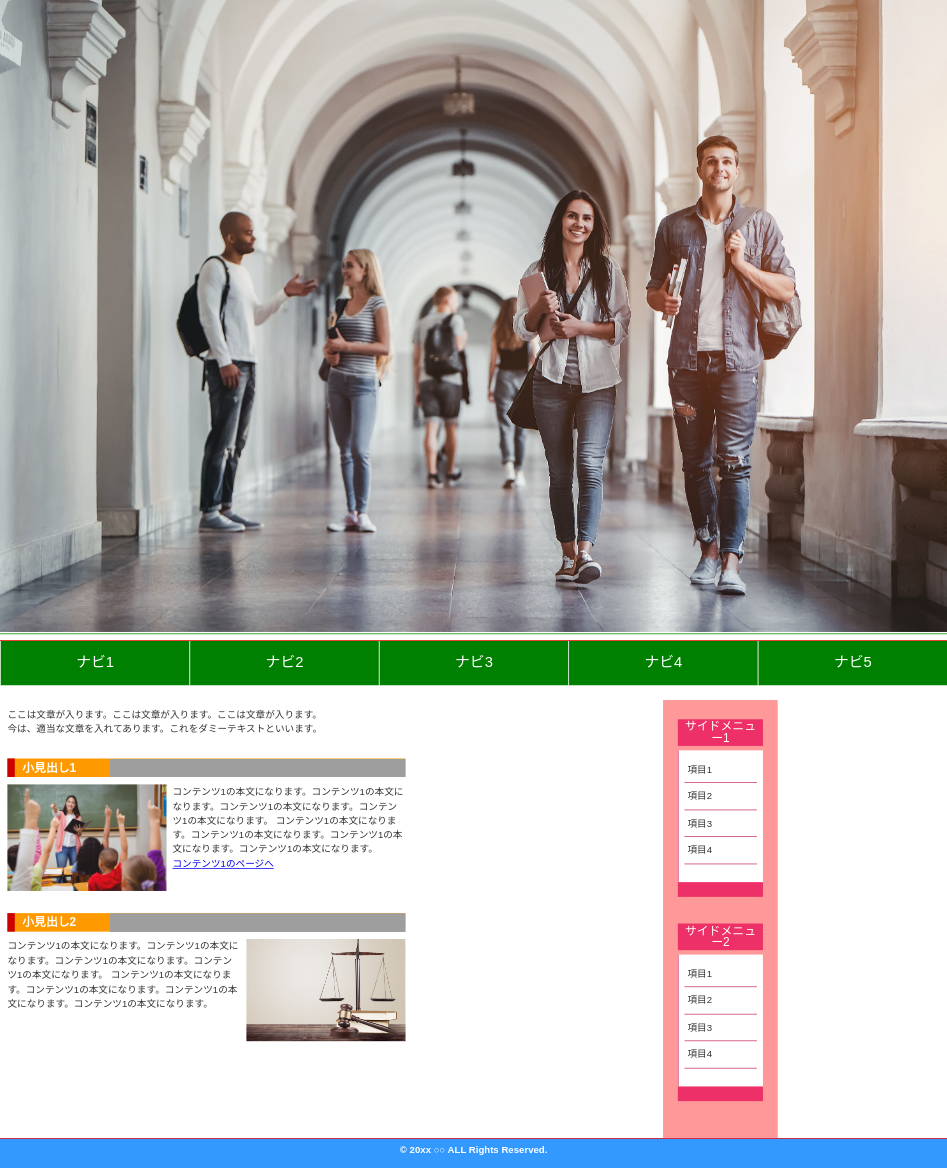
Repository: Daisuke0108-bit/samurai_HTML-CSS
Page: Test.html
The author's editor kept a record of every edit. The page is drawn from the files as they stood at one moment, then again after the next edit.
The browser window is 1280 px wide. The pictures show the whole page, at 74% of full size.
Pictures or frames that could not be fetched are drawn as grey boxes.

Above is the page before.

### Test.html
<!DOCTYPE html>
<html lang="ja">
<head>
    <meta charset="UTF-8">
    <title>HTML/CSSの学習</title>
    <link rel="stylesheet" href="stylesheet.css">
</head>
<body>
    <div id="header">
        <h1><a href="index.html"><img id="corridor" src="images/corridor.jpg" alt="大学の廊下"></a></h1>
    </div><!-- header -->

    <div id="wrapper">
        <div id="nav">
            <ul>
                <li><a href="home.html">ナビ1</a></li>
                <li><a href="">ナビ2</a></li>
                <li><a href="">ナビ3</a></li>
                <li><a href="">ナビ4</a></li>
                <li><a href="">ナビ5</a></li>
            </ul>
        </div><!-- nav -->

        <div id="container">

            <div id="main">
                <div class="post">
                    <p>ここは文章が入ります。ここは文章が入ります。ここは文章が入ります。<br />今は、適当な文章を入れてあります。これをダミーテキストといいます。</p>
                </div><!-- post -->
                <div class="post clearfix">
                    <h2>小見出し1</h2>
                    <img class="left" src="images/classroom.jpg" alt="授業風景"></img>
                    <p>
                         コンテンツ1の本文になります。コンテンツ1の本文になります。コンテンツ1の本文になります。コンテンツ1の本文になります。
                         コンテンツ1の本文になります。コンテンツ1の本文になります。コンテンツ1の本文になります。コンテンツ1の本文になります。
                    </p>
                    <p><a href="#">コンテンツ1のページへ</a></p>
                </div><!-- post clearfix -->
                <div class="post clearfix">
                    <h2>小見出し2</h2>
                    <img class="right" src="images/scale.jpg" alt="天秤"></img>
                    <p>
                         コンテンツ1の本文になります。コンテンツ1の本文になります。コンテンツ1の本文になります。コンテンツ1の本文になります。
                         コンテンツ1の本文になります。コンテンツ1の本文になります。コンテンツ1の本文になります。コンテンツ1の本文になります。
                    </p>
                </div><!-- post clearfix -->
            </div><!-- main -->

            <div id="side">
                <div class="box">
                    <h2>サイドメニュー1</h2>
                    <div class="boxBody">
                        <ul>
                            <li>項目1</li>
                            <li>項目2</li>
                            <li>項目3</li>
                            <li>項目4</li>
                        </ul>
                    </div><!-- boxBody -->
                </div><!-- box -->

                <div class="box">
                    <h2>サイドメニュー2</h2>
                    <div class="boxBody">
                        <ul>
                            <li>項目1</li>
                            <li>項目2</li>
                            <li>項目3</li>
                            <li>項目4</li>
                        </ul>
                    </div><!-- boxBody -->
                </div><!-- box -->

            </div><!-- side -->
        </div><!-- container -->

    </div><!-- /wrapper -->

    <div id="footer">
        <p>&copy; 20xx ○○ ALL Rights Reserved.</p>
    </div>

</body>
</html>

### stylesheet.css
@charset "utf-8";

body {
    margin: 0;
    padding: 0;
    font-family: "ヒラギノ角ゴ Pro W3", "Hiragino Kaku Gothic Pro", "メイリオ", Meiryo, "MS Pゴシック", "MS PGothic", sans-serif;
    color: #333;
    font-size: 13px;
    line-height: 150%;
    outline: 1px solid blue;
}


/*------------------ wrapper ------------------ */
#wrapper {
    width: 100%;
    margin: auto;
    padding: 0px;
    border: 0px;
    background-color: #FFF;
    top: 10px;
    position: relative;
    outline: 1px solid red;
}

/*------------------ header ------------------ */
#header {
    width: 100%;
    outline: 1px solid green;
}

#header h1 {
    margin: 0;
    padding: 0;
}

#corridor {
    width: 100%;
    height: auto;
}

/*------------------ footer ------------------ */
#footer {
    clear: both;
    width: 100%;
    padding: 3px 0 3px 0;
    background: #39F;
    color: #FFF;
    font-weight: bold;
    text-align: center;
}

/*------------------ nav ------------------ */
#nav {
    width: 100%;
}
#nav ul {
    display: flex;
    margin: 0;
    padding: 0;
    list-style-type: none;
}
#nav ul li {
    /*float: left;*/
    width: 20%;
    text-align: center;
}
#nav ul li a {
    display: block;
    height: 20px;
    margin: 0;
    padding: 20px;
    color: #FFF;
    font-size: 20px;
    text-decoration: none;
    background-color: green;
    border-left: 1px solid white;
}

#nav ul li a:hover {
    filter: drop-shadow(10px 10px 10px black);
}

/*------------------ container ------------------ */
#container {
    width: 100%;
    margin: auto;
    padding-top: 20px;
    clear: both;
    display: grid;
    grid-template-columns: 70vw 30vw;
}

/*------------------ main ------------------ */
#main {
    float: left;
    width: 60%;
    padding: 10px 30px 10px 10px;
}
#main h2 {
    margin: 0 0 10px 0;
    padding: 3px 10px 3px 10px;
    color: #FFF;
    font-size: 16px;
    border-left: solid 10px #c00;
    background: #F90 url(../images/main_h2.jpg) right top repeat-y;
}
#main p {
    margin: 0;
    padding: 0;
}
#main .post {
    margin: 0 0 30px 0;
}
#main .post img.right {
    margin: 0 0 0 8px;
}
#main .post img.left {
    margin: 0 8px 0 0;
}
.right {
    float: right;
    width: 40%;
    height: auto;
}
.left {
    float: left;
    width: 40%;
    height: auto;
}

/*------------------ clearfix ------------------ */
.clearfix {
    zoom: 1;
}
.clearfix:after {
    content: "";
    display: block;
    clear: both;
}

/*------------------ side ------------------ */
#side {
    float: right;
    width: 30%;
    padding: 20px;
    background-color: #F99;
}
#side .box {
    margin: 0 auto 30px auto;
    padding: 0 0 20px 0;
    background: url(images/side_box.png) bottom no-repeat;
}
#side .box h2 {
    margin: 0;
    padding: 8px;
    text-align: center;
    color: #fff;
    font-size: 16px;
    line-height: 16px;
    font-weight: normal;
    background: url(images/side_box_h2.png) center no-repeat;
}
#side .box .boxBody {
    padding: 8px;
    border-right: solid 1px #C36
    border-bottom: solid 1px #C36;
    border-left: solid 1px #C36;
    background: #fff;
}
#side .box .boxBody ul {
    margin: 0 0 16px 0;
    padding: 0;
}
#side .box .boxBody ul li {
    padding: 8px 0 8px 4px;
    list-style: none;
    border-bottom: solid 1px #C36;
}

#side .box .boxBody ul li:hover {
    padding: 8px 0 8px 4px;
    list-style: none;
    border-bottom: solid 1px #C36;
    box-shadow: 0px 4px 4px rgba(0, 0, 0, 0.3);
}

After the next edit:
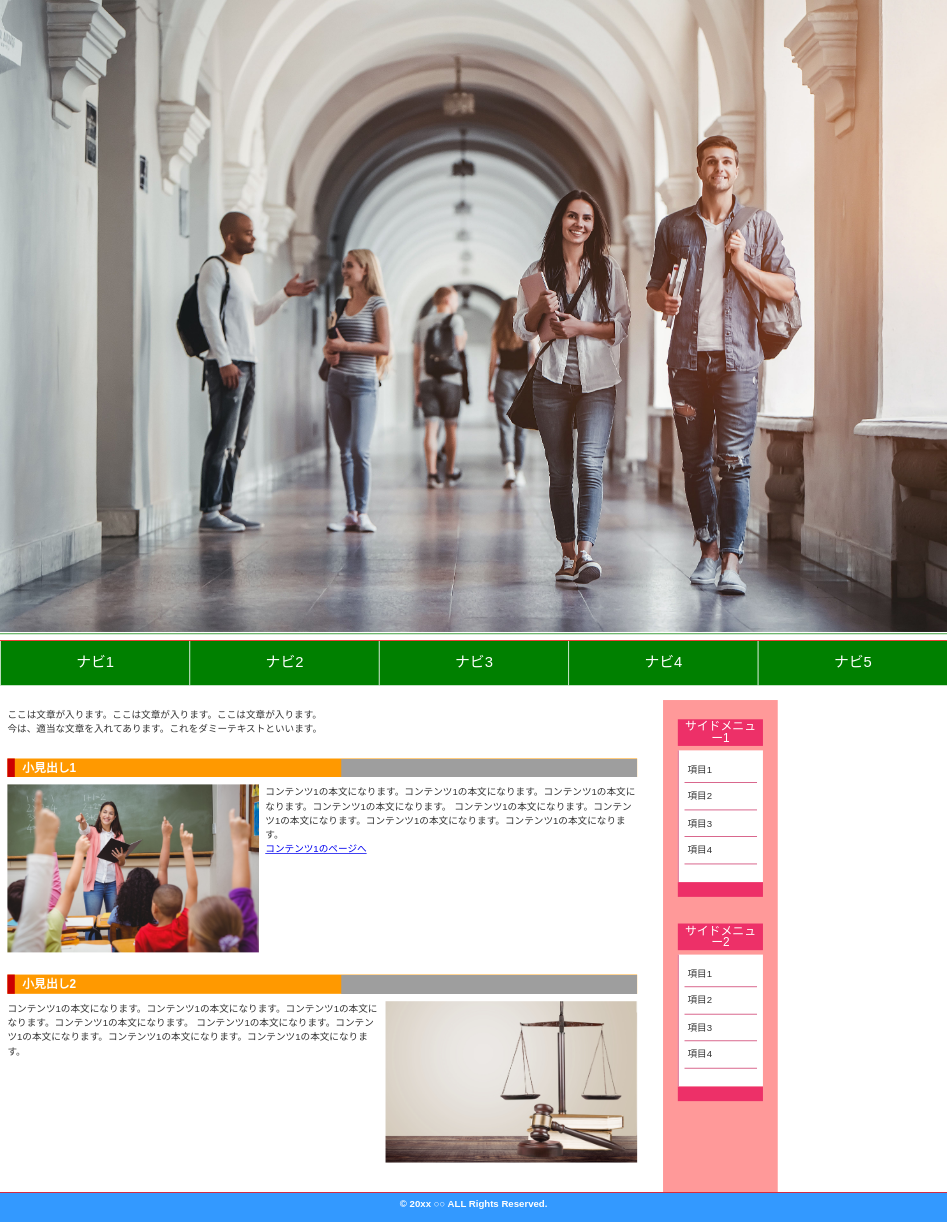
The edit:
--- a/stylesheet.css
+++ b/stylesheet.css
@@ -94,7 +94,8 @@
 /*------------------ main ------------------ */
 #main {
     float: left;
-    width: 60%;
+    /*width: 60%;*/
+    width: 95%;
     padding: 10px 30px 10px 10px;
 }
 #main h2 {
